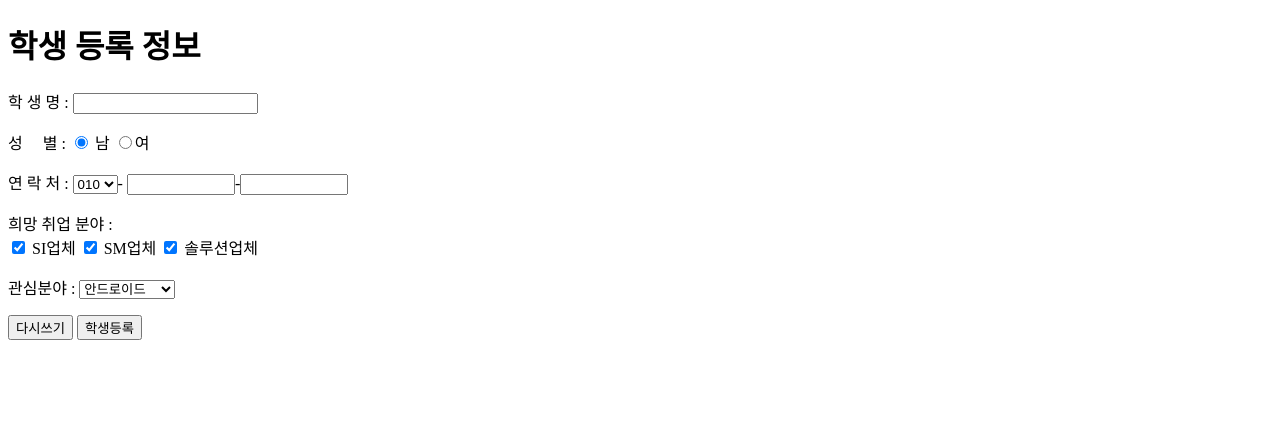
Repository: lopanghub/git_study
Page: http://localhost/JSPStudyCh04Exam/jspFormData02.jsp
An editor plug-in stored every save of this project. The page is shown before and after the next save, followed by the edit.
The browser window is 1280 px wide. The pictures show the whole page.
The page is served by Tomcat 9.

Above is the page before, as saved 2024-04-05 08:43:38.

After the next save:
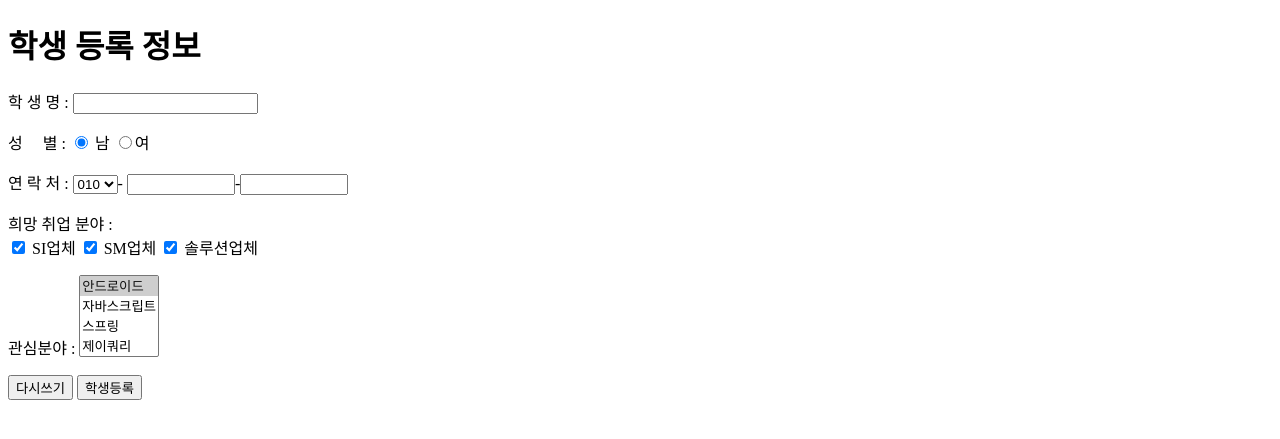
Saved 3 min 52 s later.
--- a/JSPStudy/JSPStudyCh04Exam/src/main/webapp/jspFormData02.jsp
+++ b/JSPStudy/JSPStudyCh04Exam/src/main/webapp/jspFormData02.jsp
@@ -28,7 +28,7 @@
 				name="solution" value="solution" checked /> 솔루션업체
 		</p>
 		<p>
-			관심분야 : <select>
+			관심분야 : <select size="4">
 				<option name="subject" selected>안드로이드</option>
 				<option>자바스크립트</option>
 				<option>스프링</option>
